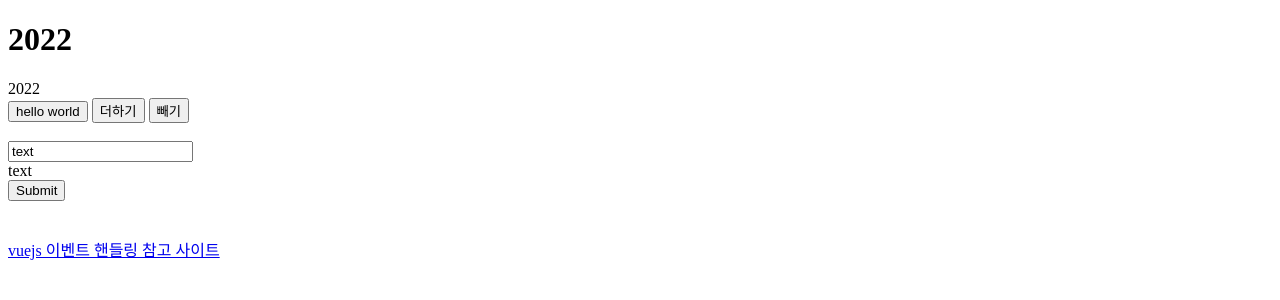
Repository: RyuGeunHwan/code_J
Page: Vuejs/22-08-09 vuejs 양방향 바인딩.html
These files come from the project's save history. The page is drawn as it stood at one moment and after the next save; the edit follows.
The browser window is 1280 px wide. The pictures show the whole page.

Above is the page before, as saved 2022-08-09 15:35:36.

### Vuejs/22-08-09 vuejs 양방향 바인딩.html
<!DOCTYPE html>
<html lang="en">
<head>
    <meta charset="UTF-8">
    <meta http-equiv="X-UA-Compatible" content="IE=edge">
    <meta name="viewport" content="width=device-width, initial-scale=1.0">
    <title>vuejs 양방향 바인딩</title>
    <!-- vue CDN -->
    <script src="https://cdn.jsdelivr.net/npm/vue/dist/vue.js"></script>
    <script src="https://cdn.jsdelivr.net/npm/vue@2.6.0"></script>
    <script type="module">
        import Vue from 'https://cdn.jsdelivr.net/npm/vue@2.6.12/dist/vue.esm.browser.js'
      </script>
</head>
<body>

    <!-- 이벤트 실행하기 위해서는 v-on: 을 사용한다. v-on: => @ 으로 대체 가능-->
    <!-- 바인딩을 하기 위해서는 v-bind: 를 사용한다. v-bind 생략후 :(colon만 사용가능) -->

    <div id="app">
        <h1>{{year}}</h1>
        {{year}} <br>
        <!-- alert이라는 함수 호출 -->
        <button v-on:click="alert()">hello world</button>

        <!-- plus이라는 함수 호출 -->
        <button v-on:click="plus()">더하기</button>

        <!-- minus이라는 함수 호출 -->
        <button v-on:click="minus()">빼기</button>
        <br>
        </br>
        <!-- from태그는 default: reload를 한다. -->
        <!-- .prevent  =>  이벤트 수식어로써 제출 이벤트가 페이지를 리로드하지 않습니다. -->
        <form v-on:submit.prevent="submit">
            <!-- <input :type="text" :value="text" @keyup="updateT ext"><br> -->
            <input :type="text" v-model="text"><br>
            <!-- inputbox 미리보기 -->
            {{ text }} <br>
            <button type="submit">Submit</button>
        </form>
        <br>
        </br>
        <!-- vuejs함수 확인, a태그를 link+file을 합쳐줬다. -->
        <a :href="vuejs('events.html')">vuejs 이벤트 핸들링 참고 사이트</a>
    </div>


    <script>
        new Vue({
            el: '#app',
            data: {
                year: 2022,
                text:'text',
                link: 'https://kr.vuejs.org/v2/guide/'
            },
            methods: {
                vuejs(file){
                    return this.link+file;
                },
                alert(){
                    alert('hello world!');
                },
                plus(){
                    this.year++;
                },
                minus(){
                    this.year--;
                },
                submit(){
                    alert('submited')
                    console.log('hello world');
                },
                // updateText(event){
                //     // inputbox 미리보기 함수
                //     // keyup이벤트의 Object를 event에 대입한 것.
                //     // console.log(event);

                //     this.text = event.target.value;
                // }
            }
        })
    </script>
</body>
</html>

After the next save:
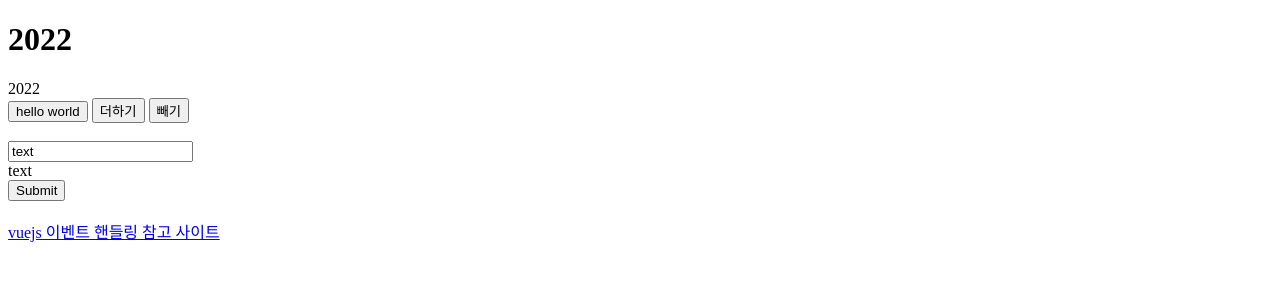
Saved 3 min 48 s later.
--- a/Vuejs/22-08-09 vuejs 양방향 바인딩.html
+++ b/Vuejs/22-08-09 vuejs 양방향 바인딩.html
@@ -33,14 +33,18 @@
         <!-- from태그는 default: reload를 한다. -->
         <!-- .prevent  =>  이벤트 수식어로써 제출 이벤트가 페이지를 리로드하지 않습니다. -->
         <form v-on:submit.prevent="submit">
-            <!-- <input :type="text" :value="text" @keyup="updateT ext"><br> -->
+
+
+            <!-- <input :type="text" :value="text" @keyup="updateText"><br> -->
+            <!-- :value="text" @keyup="updateText"   =====>>>   v-model="text" -->
             <input :type="text" v-model="text"><br>
             <!-- inputbox 미리보기 -->
             {{ text }} <br>
+
+
             <button type="submit">Submit</button>
         </form>
         <br>
-        </br>
         <!-- vuejs함수 확인, a태그를 link+file을 합쳐줬다. -->
         <a :href="vuejs('events.html')">vuejs 이벤트 핸들링 참고 사이트</a>
     </div>
@@ -70,7 +74,7 @@
                 submit(){
                     alert('submited')
                     console.log('hello world');
-                },
+                }
                 // updateText(event){
                 //     // inputbox 미리보기 함수
                 //     // keyup이벤트의 Object를 event에 대입한 것.
